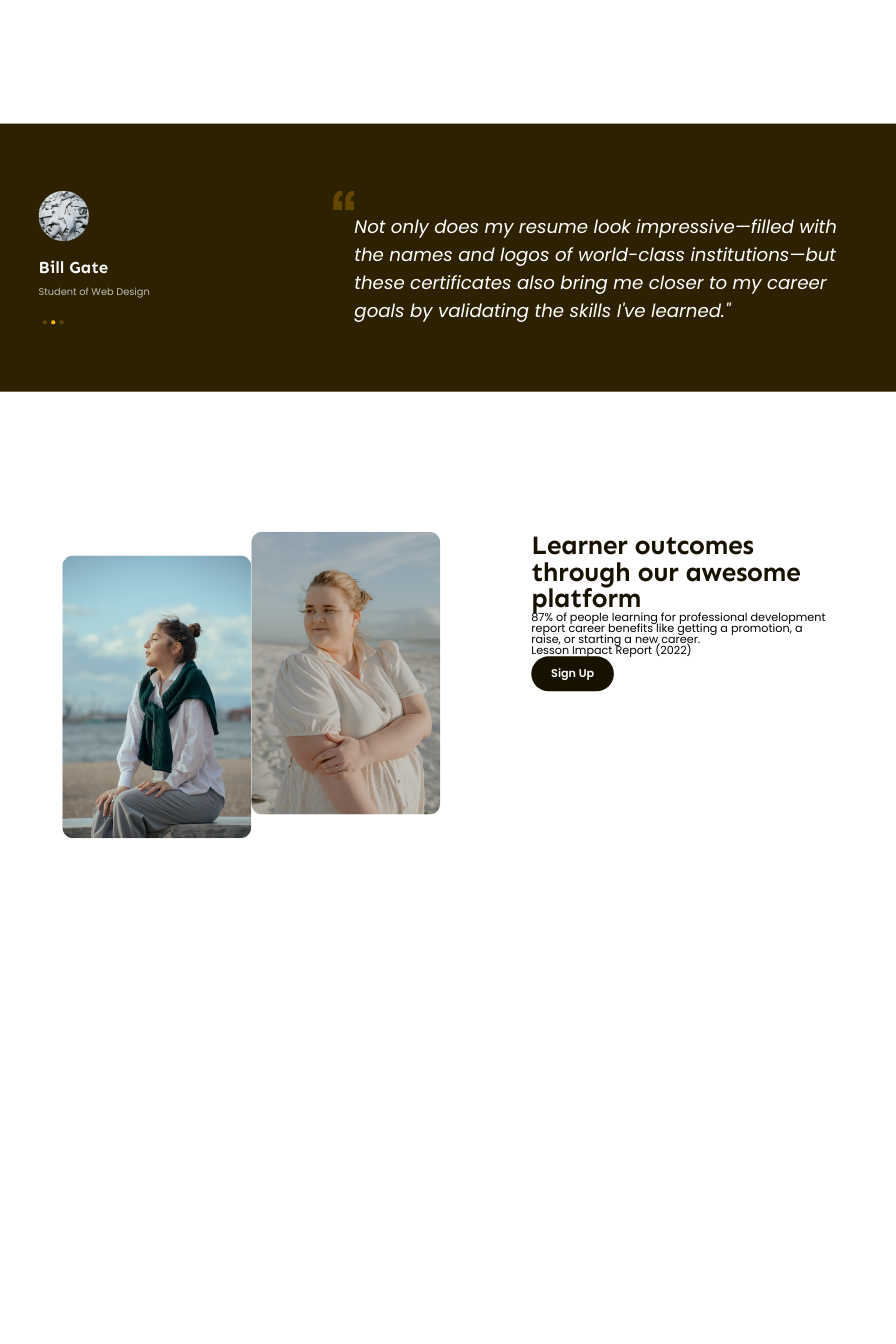
Repository: dovanlanh/f8-project-02
Page: index.html
An editor plug-in stored every save of this project. The page is shown before and after the next save, followed by the edit.
The browser window is 1280 px wide. The pictures show the part of the page from y = 1772 to 3692 px (the page is 10000 px tall), at 70% of full size.

Above is the page before, as saved 2023-02-10 09:01:04.

After the next save:
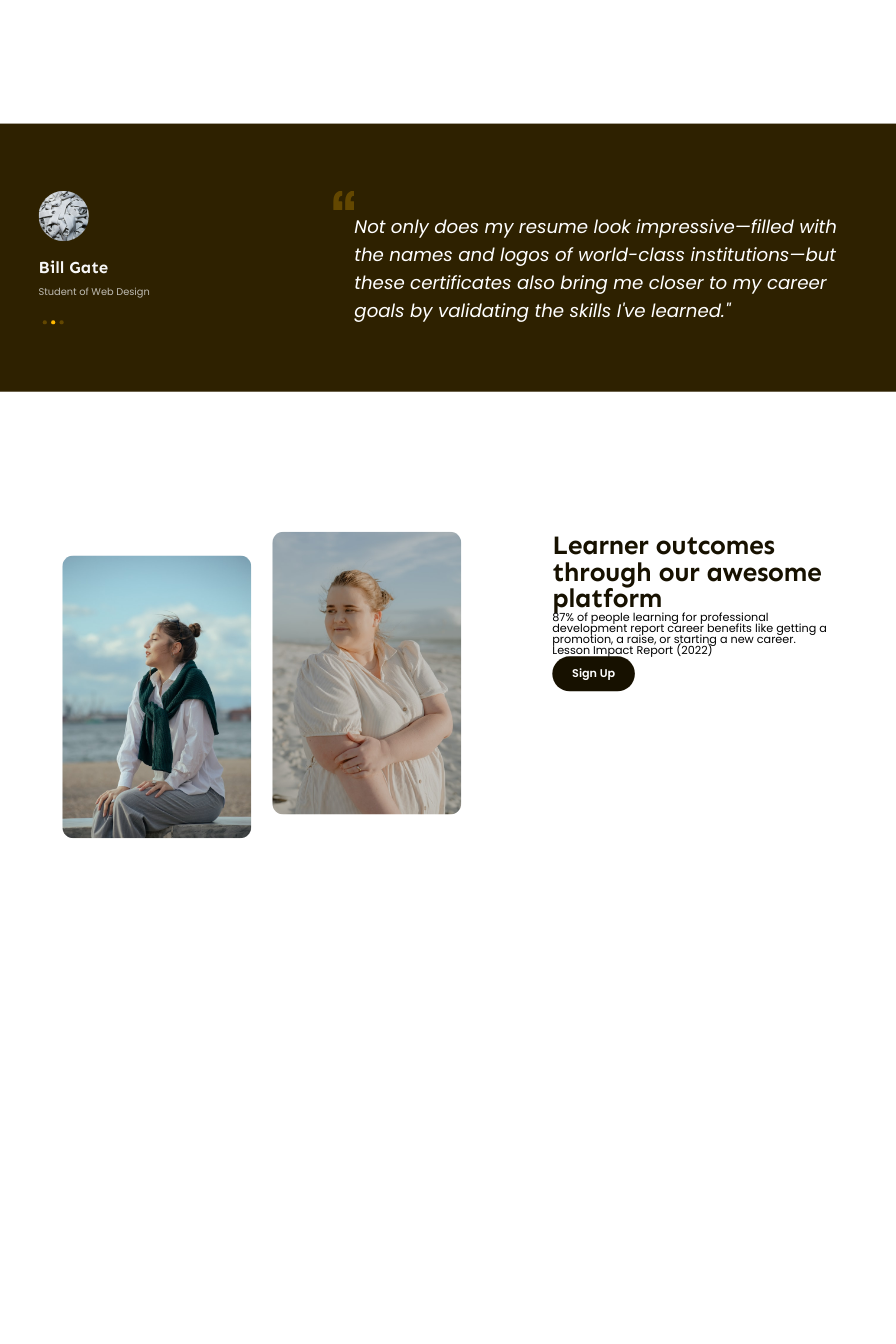
Saved 40 s later.
--- a/assets/css/styles.css
+++ b/assets/css/styles.css
@@ -442,13 +442,13 @@ a {
 }
 .features .imges {
     display: flex;
+    gap: 30px;
 }
 .features .imges img {
     width: 270px;
     height: 404px;
     object-fit: cover;
     border-radius: 16px;
-    gap: 30px;;
 }
 .features .imges img:first-child {
     margin-top: 34px;
